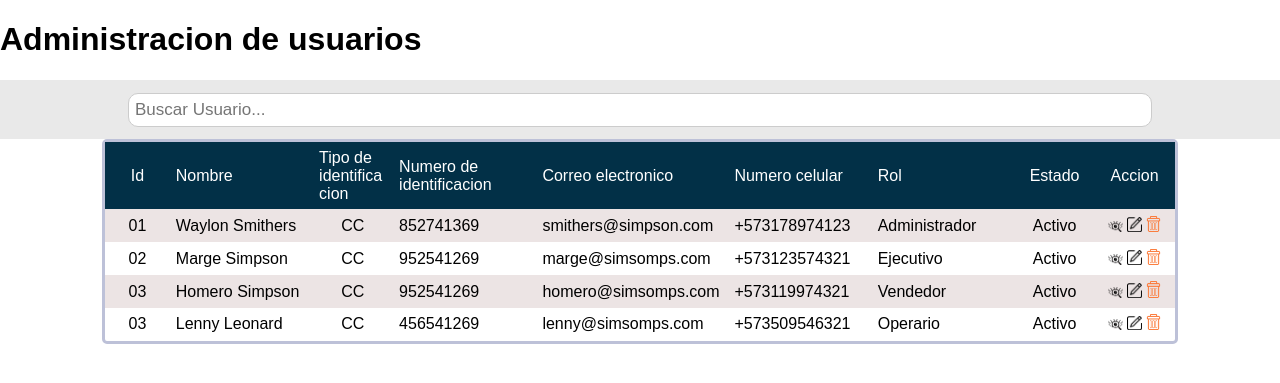
Repository: AlexanderBarona/Proyecto_Ciclo3_Mintic
Page: PaginaWeb/pages/admin_user.html
An editor plug-in stored every save of this project. The page is shown before and after the next save, followed by the edit.
The browser window is 1280 px wide. The pictures show the whole page.

Above is the page before, as saved 2021-09-30 14:27:18.

### PaginaWeb/pages/admin_user.html
<!DOCTYPE html>
<html>

   <head>
      <title>Administracion de Usuarios</title>
      <link href="../css/style.css" rel="stylesheet" type="text/css">
      <link href="../css/admin_user.css" rel="stylesheet" type="text/css">
   </head>
   <body class="admin_user">
      <header>
         <h1>Administracion de usuarios</h1>
      </header>
      <main>
        <div class="TopBar">
            <div class="Search ">
                <input type="text" placeholder="Buscar Usuario...">
            </div>

        </div>

        <div class="table_principal">
            <table class="table_entity">

              <tbody class="table_body" >

                  <tr class="table_header" >

                    <td class="table_cell center">Id</td>
                    <td class="table_cell">Nombre</td>
                    <td class="table_cell">Tipo de identificacion</td>
                    <td class="table_cell">Numero de identificacion</td>
                    <td class="table_cell">Correo electronico</td>
                    <td class="table_cell">Numero celular</td>
                    <td class="table_cell">Rol</td>
                    <td class="table_cell center">Estado</td>
                    <td class="table_cell center">Accion</td>

                  </tr>

                  <tr >
                    <td class="table_cell center">01</td>
                    <td class="table_cell">Waylon Smithers</td>
                    <td class="table_cell center">CC</td>
                    <td class="table_cell">852741369</td>
                    <td class="table_cell">smithers@simpson.com</td>
                    <td class="table_cell">+573178974123</td>
                    <td class="table_cell">Administrador</td>
                    <td class="table_cell center">Activo</td>
                    <td class="table_cell center">
                      <div class="icon_container">
                        <nav>
                          <a href="icon_table">
                            <img class="icon_cell" src="../images/IconRead.ico">
                          </a>
                          <a href="icon_table">
                            <img class="icon_cell" src="../images/IconUpdate.ico">
                          </a>
                          <a href="icon_table">
                            <img class="icon_cell" src="../images/IconDelete.ico">
                          </a>
                        </nav>
                    </div>

                    </td>
                  </tr>

                <tr >
                  <td class="table_cell center">02</td>
                  <td class="table_cell">Marge Simpson</td>
                  <td class="table_cell center">CC</td>
                  <td class="table_cell">952541269</td>
                  <td class="table_cell">marge@simsomps.com</td>
                  <td class="table_cell">+573123574321</td>
                  <td class="table_cell">Ejecutivo</td>
                  <td class="table_cell center">Activo</td>
                  <td class="table_cell center">
                    <div class="icon_container ">
                      <nav>
                        <a href="icon_table">
                          <img class="icon_cell" src="../images/IconRead.ico">
                        </a>
                        <a href="icon_table">
                          <img class="icon_cell" src="../images/IconUpdate.ico">
                        </a>
                        <a href="icon_table">
                          <img class="icon_cell" src="../images/IconDelete.ico">
                        </a>
                      </nav>
                  </div>
                  </td>
                </tr>

                <tr >
                    <td class="table_cell center">03</td>
                    <td class="table_cell">Homero Simpson</td>
                    <td class="table_cell center">CC</td>
                    <td class="table_cell">952541269</td>
                    <td class="table_cell">homero@simsomps.com</td>
                    <td class="table_cell">+573119974321</td>
                    <td class="table_cell">Vendedor</td>
                    <td class="table_cell center">Activo</td>
                    <td class="table_cell center">

                                    <div class="icon_container">
                                        <nav>
                                          <a href="icon_table">
                                            <img class="icon_cell" src="../images/IconRead.ico">
                                          </a>
                                          <a href="icon_table">
                                            <img class="icon_cell" src="../images/IconUpdate.ico">
                                          </a>
                                          <a href="icon_table">
                                            <img class="icon_cell" src="../images/IconDelete.ico">
                                          </a>
                                        </nav>
                                    </div>


                    </td>
                </tr>
                <tr >
                    <td class="table_cell center">03</td>
                    <td class="table_cell">Lenny Leonard</td>
                    <td class="table_cell center">CC</td>
                    <td class="table_cell">456541269</td>
                    <td class="table_cell">lenny@simsomps.com</td>
                    <td class="table_cell">+573509546321</td>
                    <td class="table_cell">Operario</td>
                    <td class="table_cell center">Activo</td>
                    <td class="table_cell center">
                      <div class="icon_container">
                        <nav>
                          <a href="icon_table">
                            <img class="icon_cell" src="../images/IconRead.ico">
                          </a>
                          <a href="icon_table">
                            <img class="icon_cell" src="../images/IconUpdate.ico">
                          </a>
                          <a href="icon_table">
                            <img class="icon_cell" src="../images/IconDelete.ico">
                          </a>
                        </nav>
                    </div>
                    </td>
                </tr>
              </tbody>
            </table>
        </div>
      </main>
      <footer>
      </footer>
   </body>
</html>

### PaginaWeb/css/style.css
* {
  box-sizing: border-box;
}

body {
  margin: 0;
  font-family: Arial, Helvetica, sans-serif;
}

### PaginaWeb/css/admin_user.css
/* css barra busqueda*/
@media screen and (max-width: 600px) {
  .Search a,
  .Search input[type="text"] {

    display: block;
    text-align: left;
    width: 100%;
    margin: 0 auto;
    padding: 14px;
    align-items: center;
  }
}

.admin_user .Search {
   overflow: hidden;
   background-color: #e9e9e9;
   display: block;
   width: 100%;
   text-align: center;
  }

.Search a {

    display: block;
    color: black;
    text-align: center;
    padding: 14px 16px;
    text-decoration: none;
    font-size: 17px;
  }

  .Search a:hover {
    background-color: #ddd;
    color: black;
  }

  .Search a.active {
    background-color: #9dcaf0;
    color: white;
  }

  .Search input[type="text"] {
    float: center;
    border-radius: 10px;
    border: 1px solid rgb(174, 204, 218);
    padding: 6px;
    margin-top: 1%;
    margin-right: 2%;
    margin-left: 2%;
    margin-bottom: 1%;
    font-size: 17px;
    width: 80%;
  }
  .Search input[type="text"] {
    border: 1px solid #ccc;
  }

 /* css tabla*/

  .table_entity {
    table-layout: fixed;
    width: 84%;
    margin: 0 auto;
    border-collapse: separate;
    border-spacing: 0px;
    border-radius: 5px;
    border: 3px solid rgb(189, 193, 216);

  }

  .table_entity td:first-child {
    width: 4em;
  }
  .table_entity td:nth-child(3) {
    width: 5em;
  }
  .table_entity td:nth-child(5) {
    width: 12em;
  }
  .table_entity td:nth-child(8) {
    width: 5em;

  }
  .table_entity td:nth-child(9) {
    width: 5em;
  }




  .table_header {
    background-color: #023047;
    color: #fff;

  }

  .table_entity tr:nth-child(even) {
  background-color: #ece4e4;
}

.table_entity .center {
  text-align: center;
}
/* css tabla perfiles*/
.table_entity2 {
  table-layout: fixed;
  width: 84%;
  margin: 0 auto;
  border-collapse: separate;
  border-spacing: 0px;
  border-radius: 5px;
  border: 3px solid rgb(189, 193, 216);

}

.table_entity2 td:first-child {
  width: 4em;
}

.table_entity2 td:nth-child(2) {
  width: 16em;
}


.table_entity2 td:nth-child(6) {
  width: 4.5em;

}


.table_entity2 tr:nth-child(even) {
background-color: #ece4e4;
}

.table_entity2 .center {
  text-align: center;
}

  th, td {

      word-wrap: break-word;
      padding: 0.4em;
      margin: 0em;
  }
  /* iconos */
  .icon_cell {

    height: 28%;
    width: 22%;
    margin: 0 auto 0 0;


}

.icon_container a , .icon_container a:visited {


  text-decoration: none;

}
/* css checkbox */

.checkbox_container input[type="checkbox"]  {
  content: "";
  width: 2em;
  height: 2em;
  border: 4px solid #bf810f;
  float: left;
  margin: 0 auto 0 0;
  border-right: 0;
  border-top: 0;


}
.checkbox_container input[type="checkbox"]:checked   {
  content: "";
  width: 2.2em;
  height: 2.2em;
  border: 4px solid #bf810f;
  color: #bf810f;
  background-color:#bf810f ;
  float: left;
  margin: 0 auto 0 0;
  border-right: 0;
  border-top: 0;

}

After the next save:
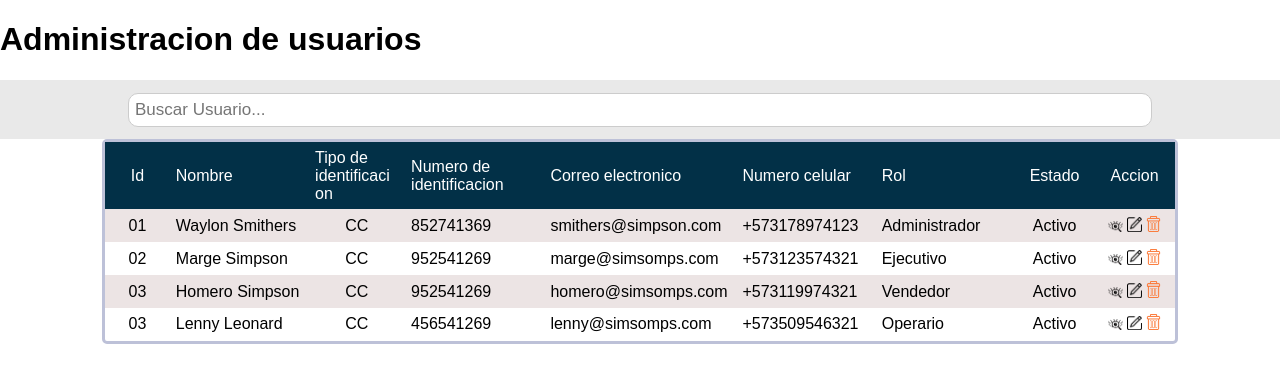
Saved 8 s later.
--- a/PaginaWeb/css/admin_user.css
+++ b/PaginaWeb/css/admin_user.css
@@ -73,7 +73,7 @@
     width: 4em;
   }
   .table_entity td:nth-child(3) {
-    width: 5em;
+    width: 6em;
   }
   .table_entity td:nth-child(5) {
     width: 12em;
